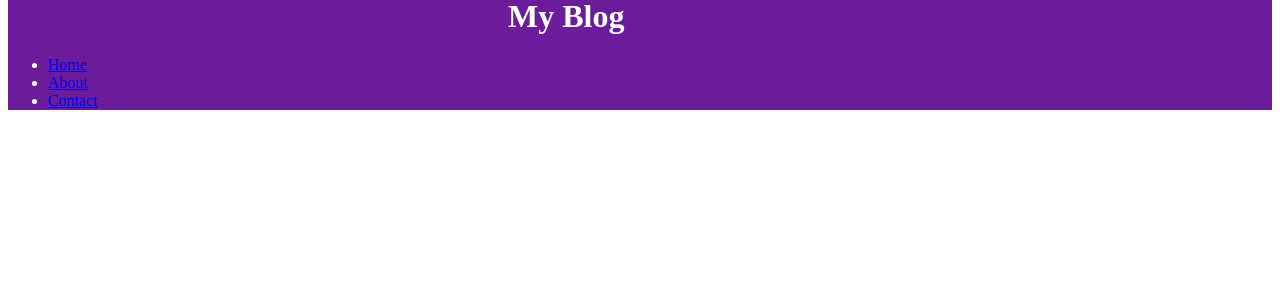
Repository: Femi007-gh/BLOG
Page: index.html
An editor plug-in stored every save of this project. The page is shown before and after a run of saves, followed by the edit.
The browser window is 1280 px wide. The pictures show the whole page.

Above is the page before, as saved 2025-01-08 06:49:27.

### index.html
<html>
  <head>
    <title>BLOG</title>
    <link rel="stylesheet" href="style.css">
  </head>
  <body>
    <header>
      <h1>My Blog</h1>
      <nav>
        <ul>
          <li><a href="#">Home</a></li>
          <li><a href="#">About</a></li>
          <li><a href="#">Contact</a></li>
        </ul>
      </nav>
    </header>
  </body>
</html>

### style.css
header {
  background-color: 6B1C9B;
  color: white;
}

h1 {
  margin-left: 500px;
  margin-top: -10px;
}

After the next 2 saves:
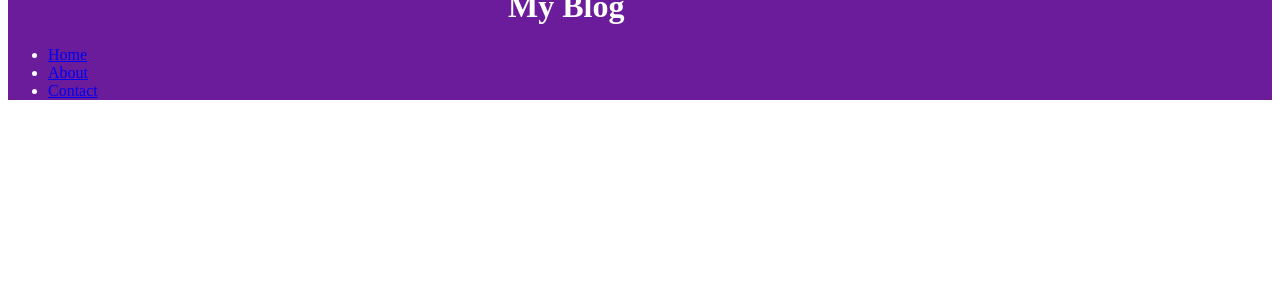
The 2 saves are shown as one change because they came seconds apart.
The last was saved 6 s later.
--- a/style.css
+++ b/style.css
@@ -5,5 +5,5 @@
 
 h1 {
   margin-left: 500px;
-  margin-top: -10px;
+  margin-top: -20px;
 }

After the save that followed:
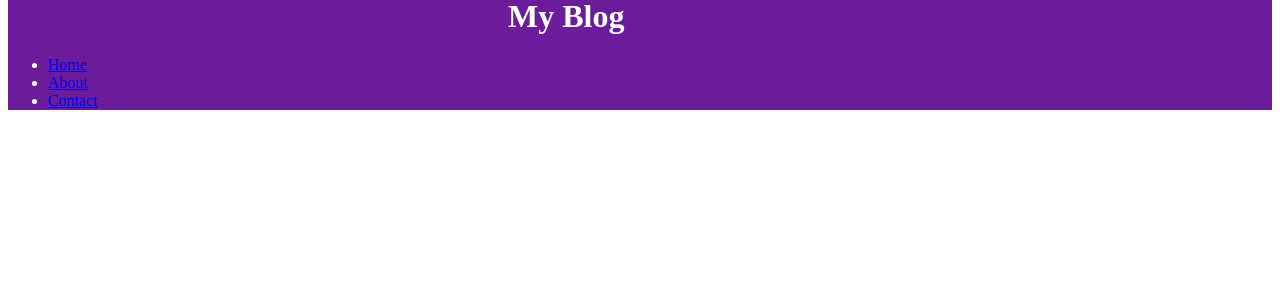
Saved 8 s later.
--- a/style.css
+++ b/style.css
@@ -5,5 +5,5 @@
 
 h1 {
   margin-left: 500px;
-  margin-top: -20px;
+  margin-top: -10px;
 }
